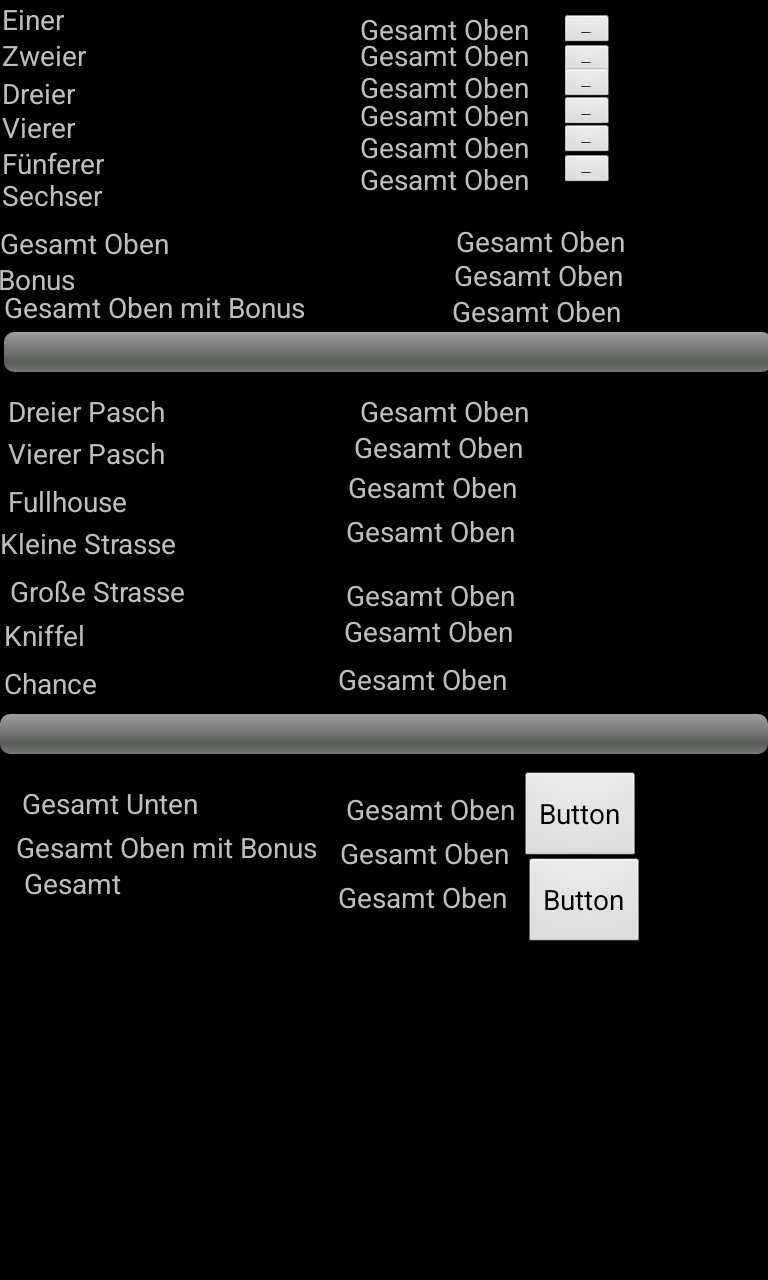
Repository: Lemkerene/App
Layout: kniffel/res/layout/blatt.xml
These files come from the project's save history. The layout is drawn as it stood at one moment and after the next save; the edit follows.
It is drawn on a 768 x 1280 px phone screen (xhdpi) without system bars, with theme android:Theme; the app's code is not run.

Above is the layout before, as saved 2012-08-05 14:36:07.

After the next save:
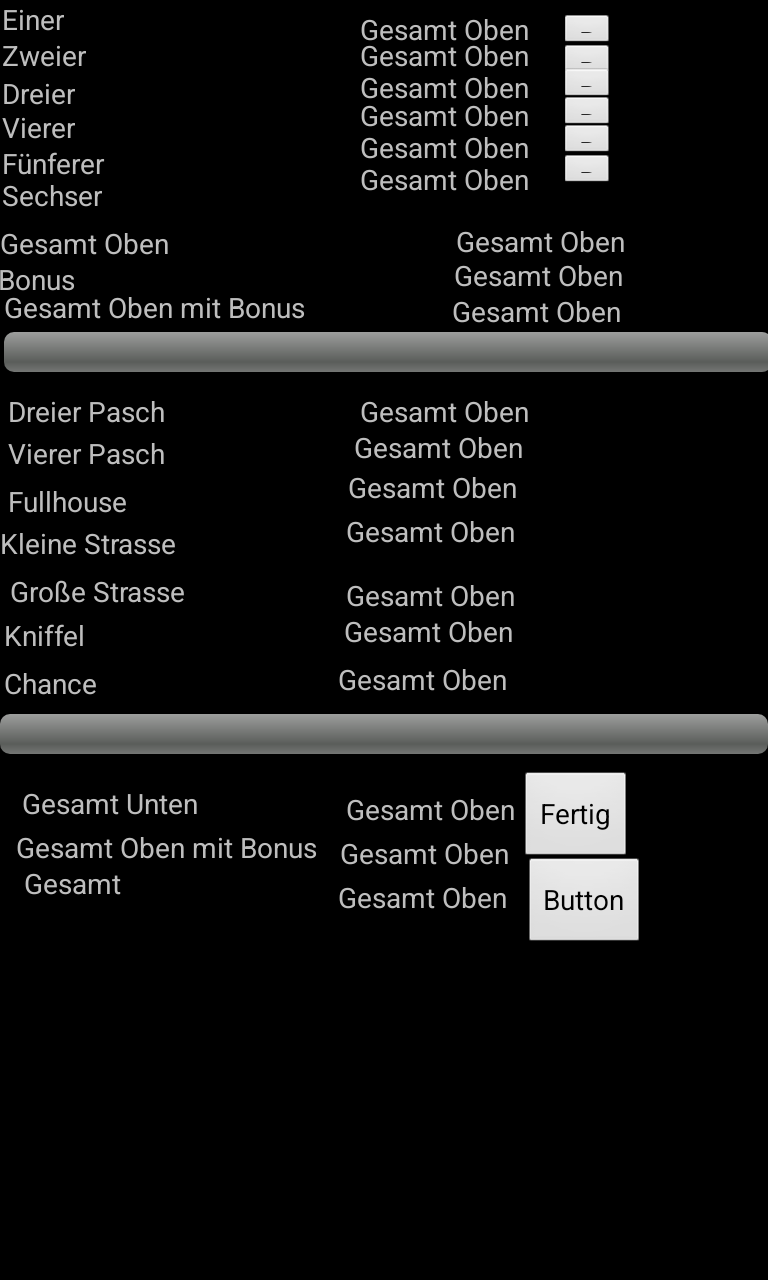
Saved 11 s later.
--- a/kniffel/res/layout/blatt.xml
+++ b/kniffel/res/layout/blatt.xml
@@ -143,7 +143,8 @@
         android:layout_height="wrap_content"
         android:layout_x="259dp"
         android:layout_y="385dp"
-        android:text="Button" />
+        android:onClick="OnClickBack"
+        android:text="Fertig" />
 
     <Button
         android:id="@+id/button1"
